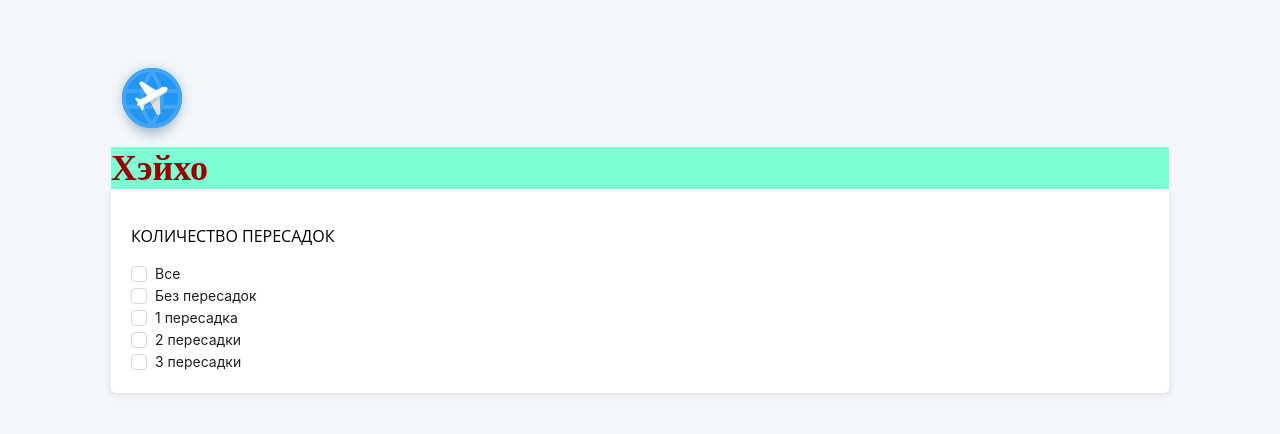
Repository: Dedoxa/aviasalesTickets
Page: /
The author's editor kept a copy of each file at every save. The page is drawn from the files as they stood at one save, then again after the next save.
The browser window is 1280 px wide. The pictures show the whole page.
The project was rebuilt for these pictures with package versions that can differ from the ones it lists, and the page was loaded fresh each time. Also part of the build but not shown: vite.config.js.

Above is the page before, as saved 2024-10-19 15:48:58.

After the next save:
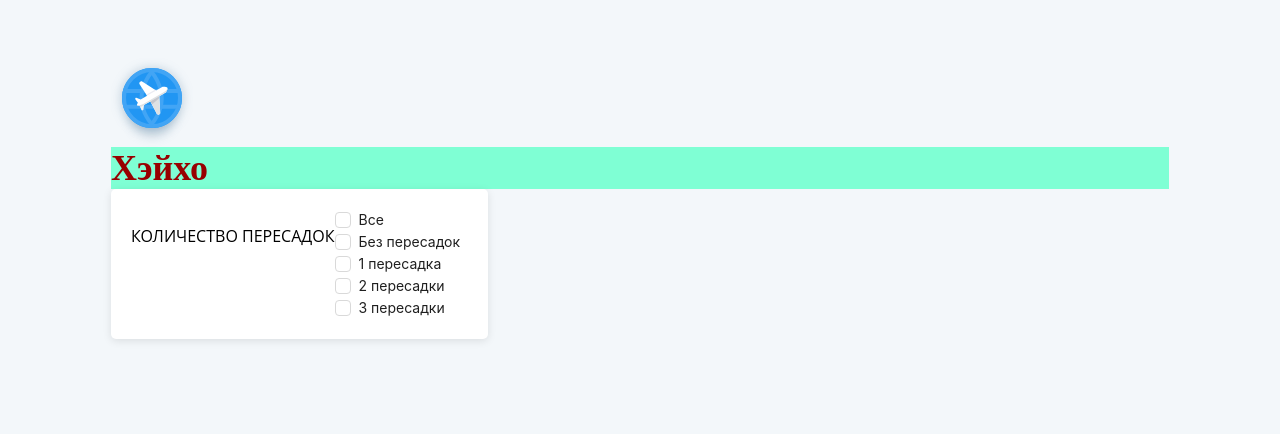
Saved 13 s later.
--- a/src/App.module.scss
+++ b/src/App.module.scss
@@ -9,6 +9,7 @@ body {
 }
 
 .contentBox {
+  display: inline-flex;
   font-family: "Open Sans", sans-serif;
   background-color: #fff;
   border-radius: 5px;
